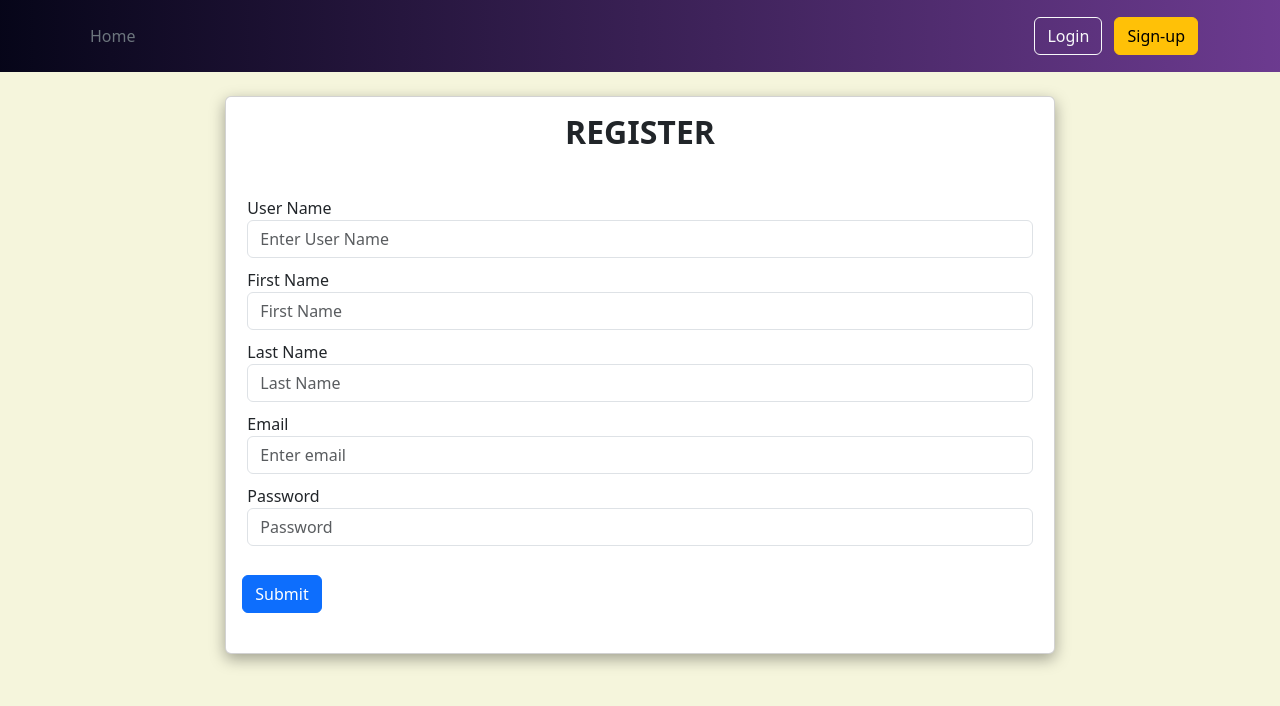
Repository: professorsourabh/php_membership
Page: index.html
An editor plug-in stored every save of this project. The page is shown before and after the next save, followed by the edit.
The browser window is 1280 px wide. The pictures show the whole page.

Above is the page before, as saved 2023-07-08 18:33:48.

After the next save:
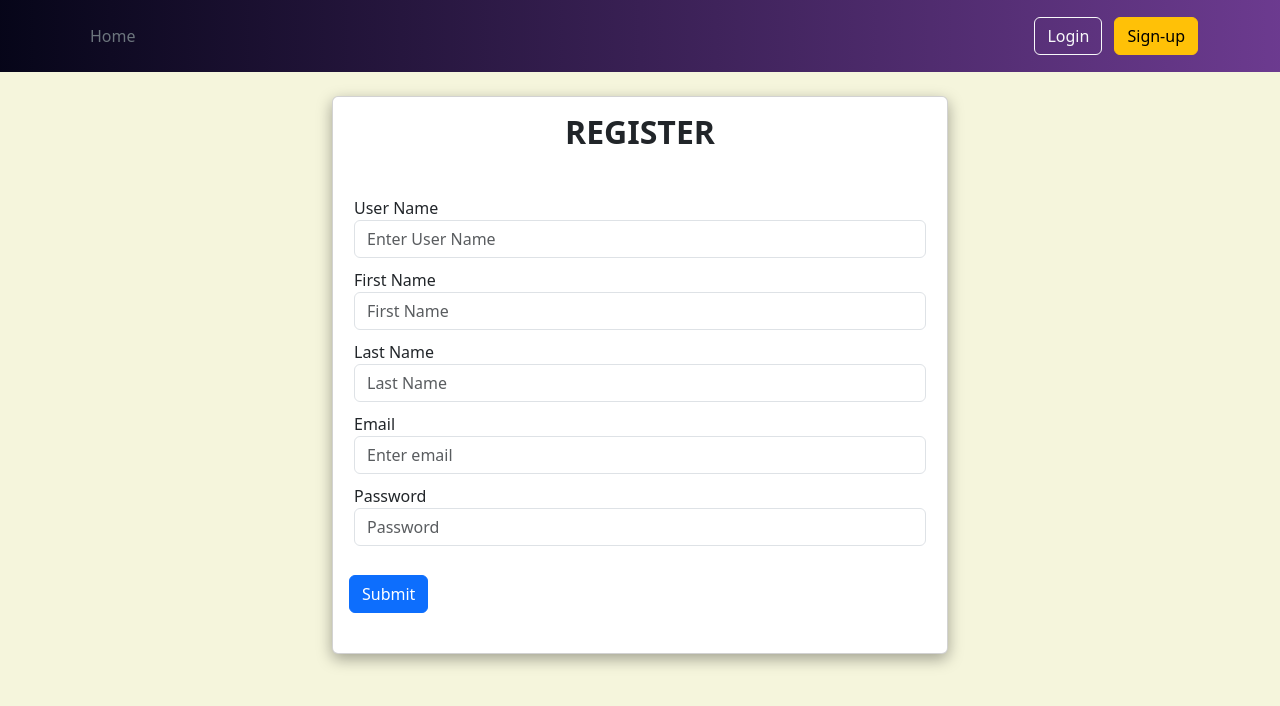
Saved 33 s later.
--- a/index.html
+++ b/index.html
@@ -24,7 +24,7 @@
           </div>
         </div>
       </header>
-      <div class="container my-4 col-lg-8">
+      <div class="container my-4 col-lg-6">
         <div class="card my-4" style="box-shadow: rgba(0, 0, 0, 0.35) 0px 5px 15px;">
             <div class="card-heading text-center my-3 mx-2">
                 <h2 class="text-uppercase fw-bold">Register</h2>
